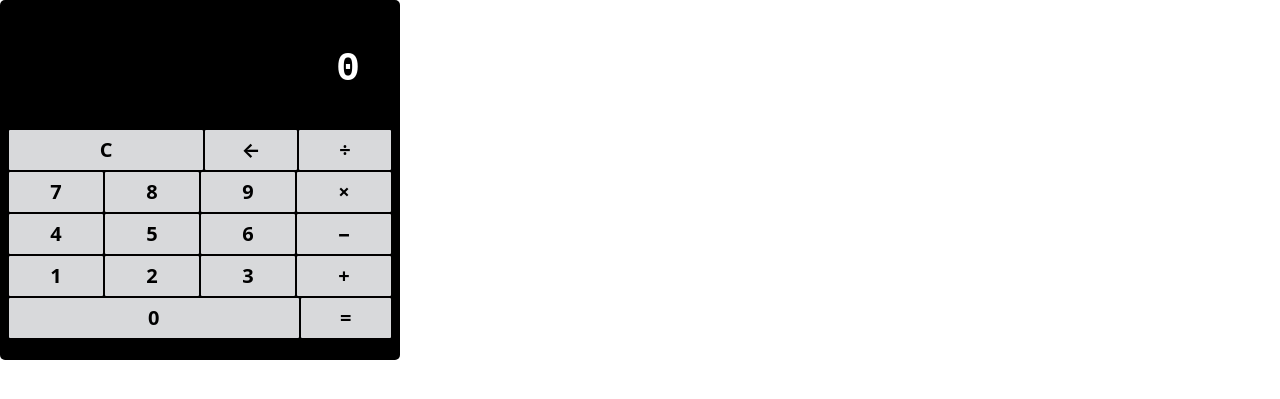
Repository: jgramirez0210/LAB-calculator
Page: index.html
An editor plug-in stored every save of this project. The page is shown before and after the next save, followed by the edit.
The browser window is 1280 px wide. The pictures show the whole page.

Above is the page before, as saved 2023-10-10 21:32:16.

After the next save:
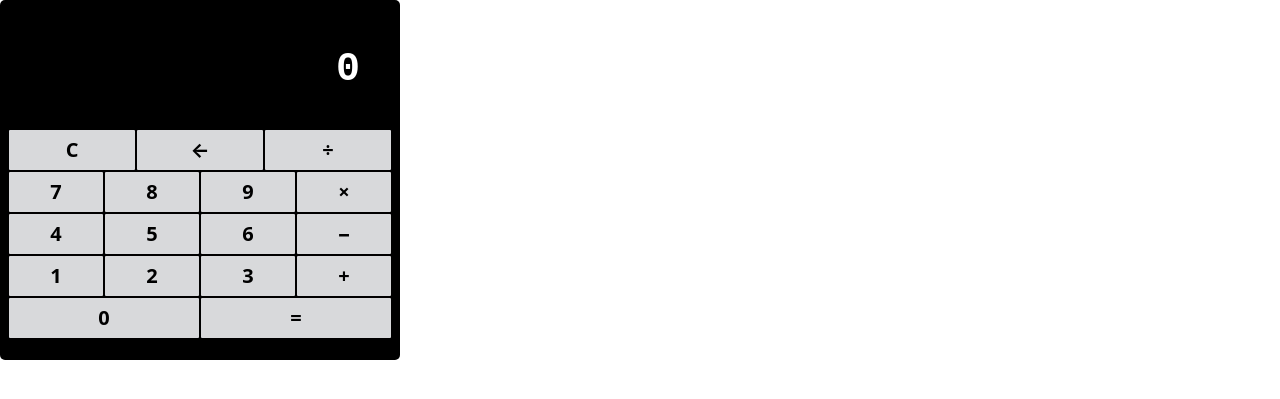
Saved 21 s later.
--- a/main.css
+++ b/main.css
@@ -38,8 +38,6 @@ button {
   border-radius: 1px;
   transition: background-color 0.3s;
 }
-
-button#wide {
   flex: 2.5;
 }
 button.xwide {
